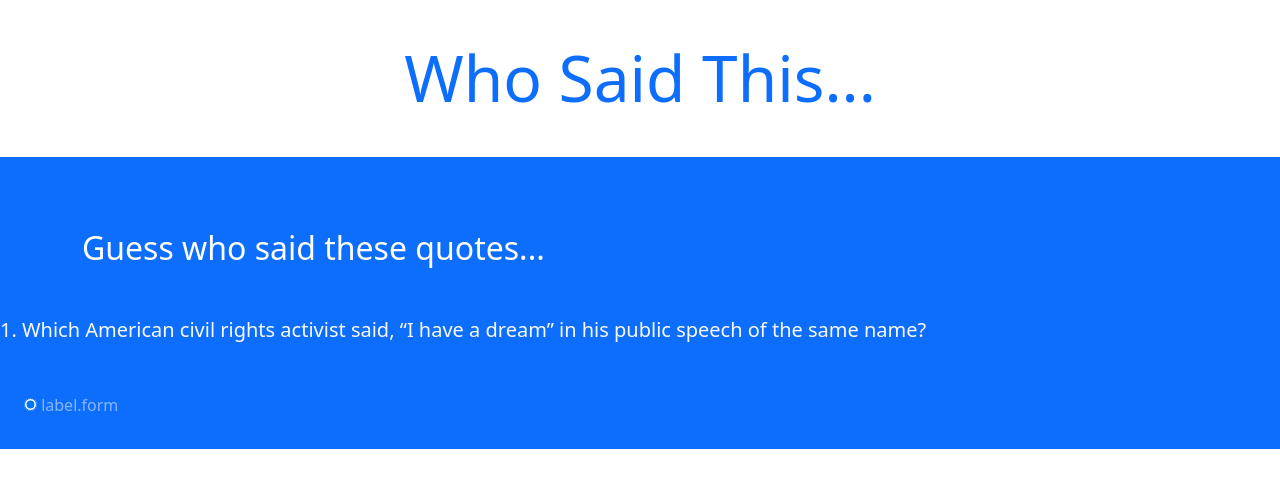
Repository: julihocc/netninja-quiz
Page: index.html
An editor plug-in stored every save of this project. The page is shown before and after a run of saves, followed by the edit.
The browser window is 1280 px wide. The pictures show the whole page.

Above is the page before, as saved 2022-09-27 19:19:37.

### index.html
<!DOCTYPE html>
<html lang="en">

<head>
    <meta charset="UTF-8">
    <meta http-equiv="X-UA-Compatible" content="IE=edge">
    <meta name="viewport" content="width=device-width, initial-scale=1.0">

    <!-- CSS only -->
    <link href="https://cdn.jsdelivr.net/npm/bootstrap@5.2.1/dist/css/bootstrap.min.css" rel="stylesheet"
        integrity="sha384-iYQeCzEYFbKjA/T2uDLTpkwGzCiq6soy8tYaI1GyVh/UjpbCx/TYkiZhlZB6+fzT" crossorigin="anonymous">

    <title>Who Said It...</title>
</head>

<body>

    <div class="intro py-3 bg-white text-center">
        <div class="container">
            <h2 class="text-primary display-3 my-4">
                Who Said This...
            </h2>
        </div>
    </div>

    <div class="quiz py-4 bg-primary">
        <div class="container lead">
            <h2 class="my-5 text-white">
                Guess who said these quotes...
            </h2>
        </div>


        <form class="quiz-form text-light">
            <!-- question #1 -->
            <div class="my-5">
                <p class="lead font-weight-normal">
                    1. Which American civil rights activist said, “I have a dream” in his public speech of the same
                    name?
                </p>
            </div>
            <div class="form-check my-2 text-white-50">
                <input type="radio" name="q1" value="A" checked> label.form
            </div>
        </form>

    </div>

    <script src="app.js"></script>
</body>

</html>

Loaded but not shown: app.js (no stored copy; drawn as an empty file)

After the next 5 saves:
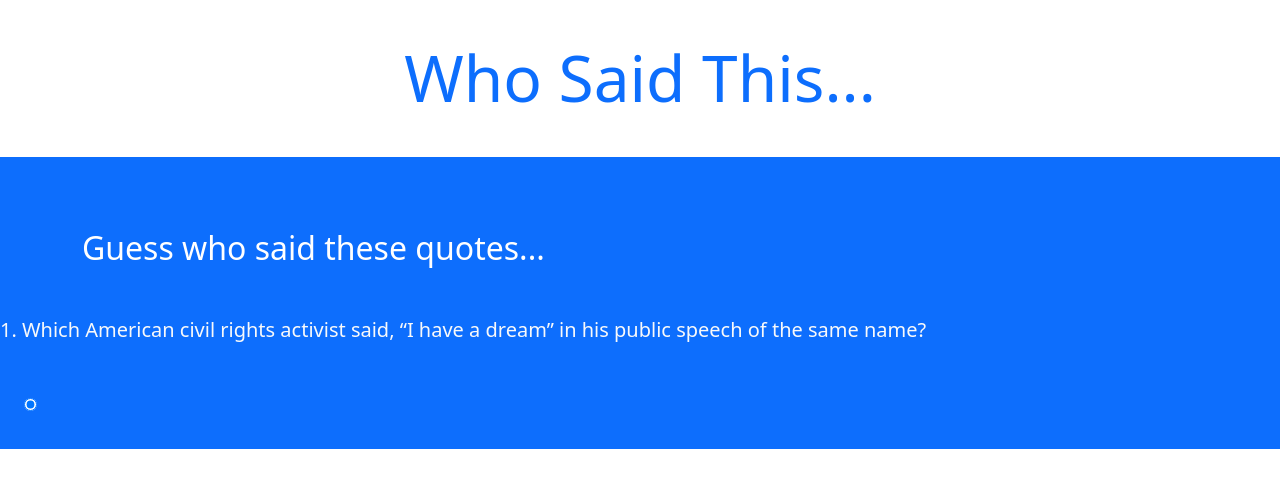
The 5 saves are shown as one change because they came seconds apart.
The last was saved 12 s later.
--- a/index.html
+++ b/index.html
@@ -40,7 +40,7 @@
                 </p>
             </div>
             <div class="form-check my-2 text-white-50">
-                <input type="radio" name="q1" value="A" checked> label.form
+                <input type="radio" name="q1" value="A" checked> <label for="" class="form-check-label"></label>
             </div>
         </form>
 
